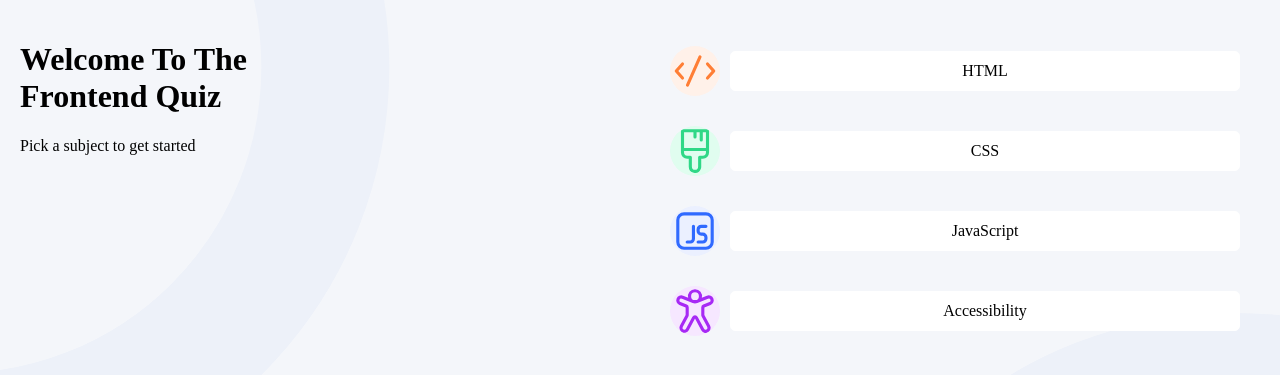
Repository: Daniel054311/Quiz-app-V1
Page: index.html
The author's editor kept a copy of each file at every save. The page is drawn from the files as they stood at one save, then again after a run of saves.
The browser window is 1280 px wide. The pictures show the whole page.

Above is the page before, as saved 2024-01-28 15:21:35.

After the next 4 saves:
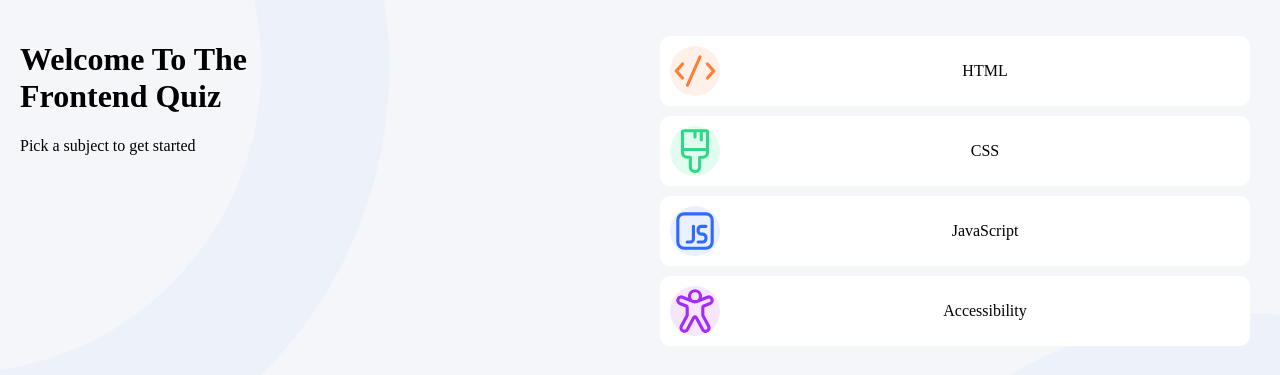
The 4 saves are shown as one change because they came seconds apart.
The last was saved 13 s later.
--- a/asset/css/index.css
+++ b/asset/css/index.css
@@ -61,7 +61,7 @@ body {
     align-items: center;
     margin-bottom: 10px; /* Add spacing between items */
     padding: 10px;
-    background-color
+    background-color:#ffffff;
     border-radius: 10px;
   }
 
